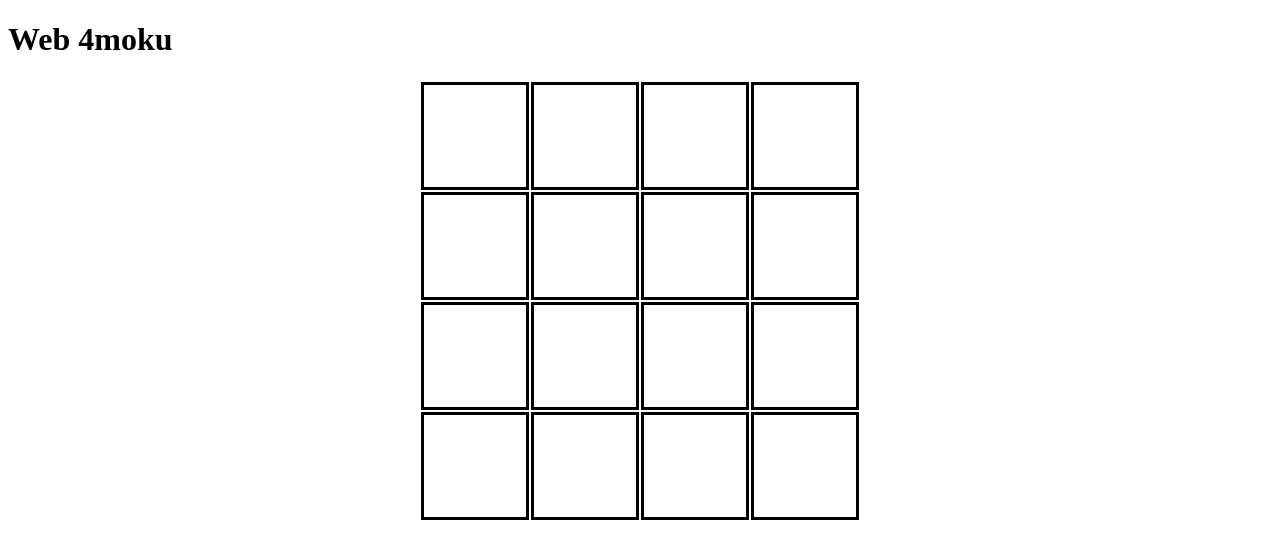
Repository: earth429/Browser-4moku
Page: index.html
The author's editor kept a copy of each file at every save. The page is drawn from the files as they stood at one save, then again after the next save.
The browser window is 1280 px wide. The pictures show the whole page.

Above is the page before, as saved 2021-07-20 13:20:49.

After the next save:
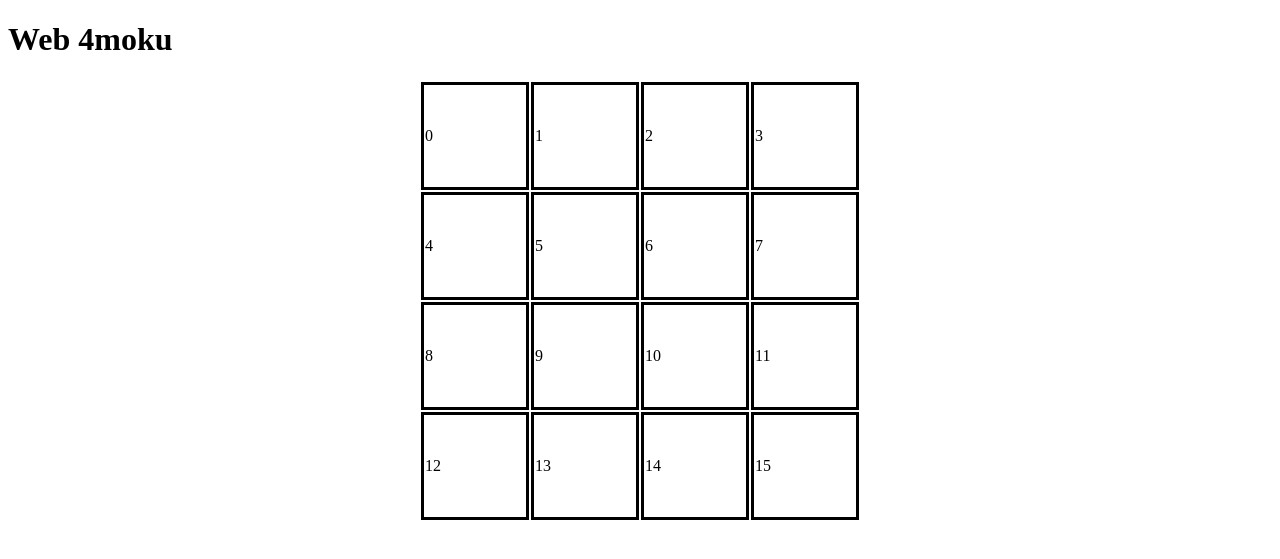
Saved 2 min 27 s later.
--- a/index.html
+++ b/index.html
@@ -11,28 +11,28 @@
         <h1>Web 4moku</h1>
         <table>
             <tr>
-                <td></td>
-                <td></td>
-                <td></td>
-                <td></td>
+                <td id = "0">0</td>
+                <td id = "1">1</td>
+                <td id = "2">2</td>
+                <td id = "3">3</td>
             </tr>
             <tr>
-                <td></td>
-                <td></td>
-                <td></td>
-                <td></td>
+                <td id = "4">4</td>
+                <td id = "5">5</td>
+                <td id = "6">6</td>
+                <td id = "7">7</td>
             </tr>
             <tr>
-                <td></td>
-                <td></td>
-                <td></td>
-                <td></td>
+                <td id = "8">8</td>
+                <td id = "9">9</td>
+                <td id = "10">10</td>
+                <td id = "11">11</td>
             </tr>
             <tr>
-                <td></td>
-                <td></td>
-                <td></td>
-                <td></td>
+                <td id = "12">12</td>
+                <td id = "13">13</td>
+                <td id = "14">14</td>
+                <td id = "15">15</td>
             </tr>
         </table>
     </body>
